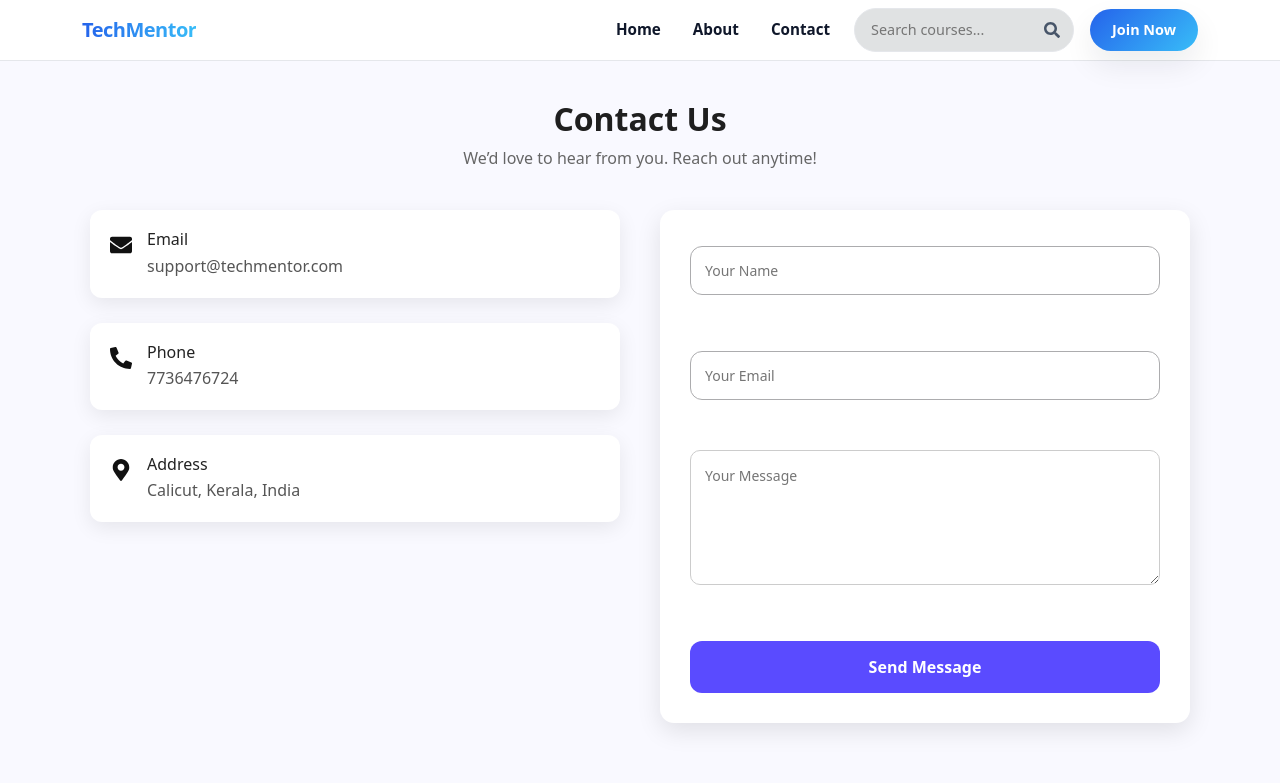
Repository: Aswin74k/project-2
Page: /#/contact
An editor plug-in stored every save of this project. The page is shown before and after the next save, followed by the edit.
The browser window is 1280 px wide. The pictures show the whole page.
The project was rebuilt for these pictures with package versions that can differ from the ones it lists, and the page was loaded fresh each time. Also part of the build but not shown: vite.config.js, src/project/Home.jsx, src/project/Course.jsx, src/project/About.css, src/project/About.jsx, src/project/Enroll.jsx, src/project/ProtectedRoute.jsx, src/project/ProfileSidebar.css and 1 more.

Above is the page before, as saved 2026-01-07 00:03:23.

After the next save:
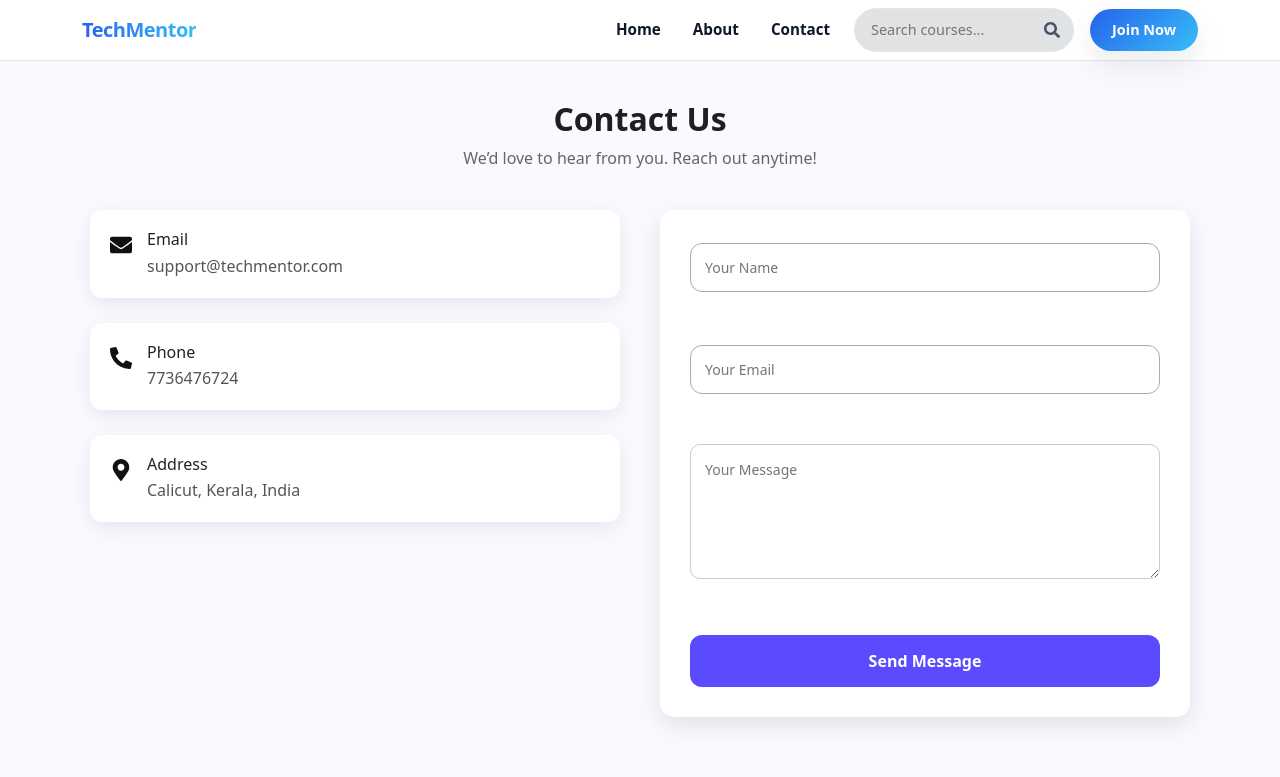
Saved 8 s later.
--- a/src/project/Enroll.css
+++ b/src/project/Enroll.css
@@ -110,7 +110,7 @@ form {
 .form-group input {
   width: 100%;
   padding: 13px 14px;
-  margin-top: 6px;
+  margin-top: 3px;
   border-radius: 12px;
   border: 1.5px solid #acacae;
   font-size: 14px;
